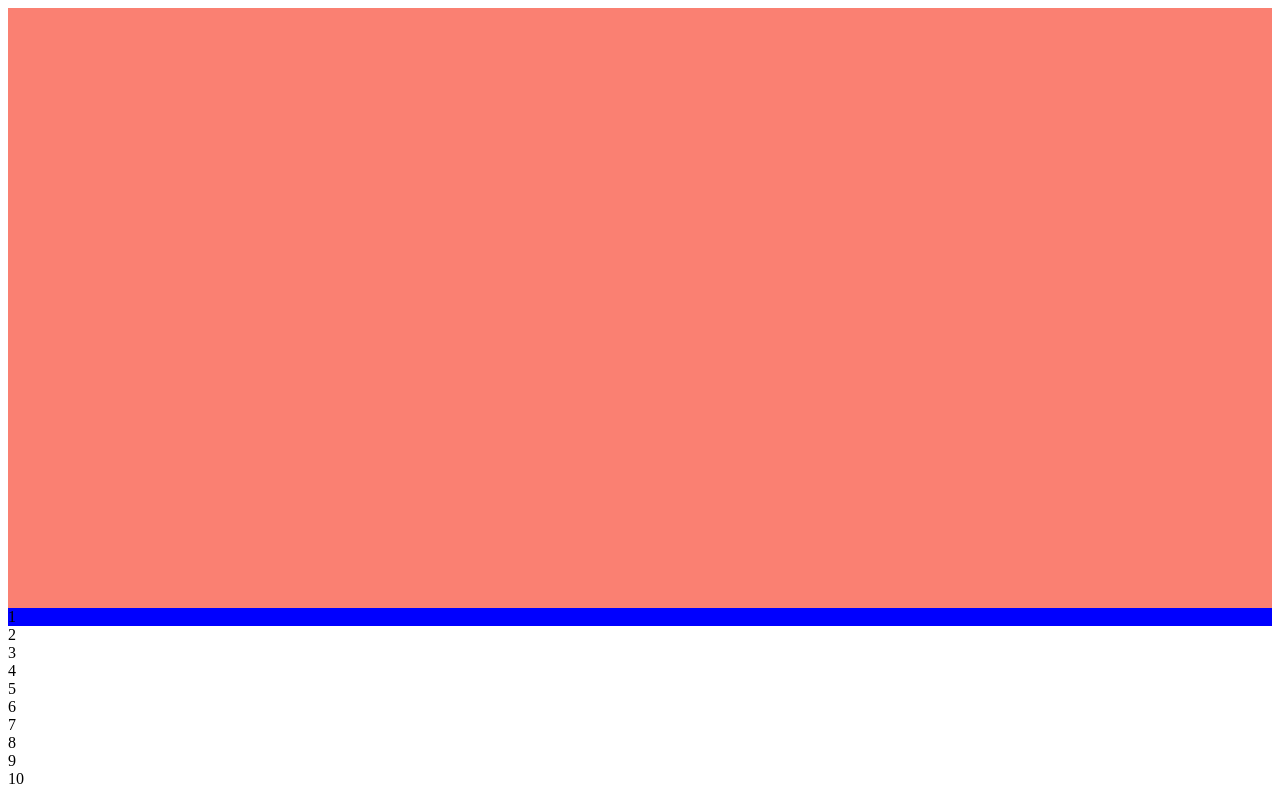
Repository: DinkarRavi/Dinkar_Coding
Page: 22aug24/grid.html
These files come from the project's save history. The page is drawn as it stood at one moment and after the next save; the edit follows.
The browser window is 1280 px wide. The pictures show the whole page.

Above is the page before, as saved 2024-08-22 14:56:52.

### 22aug24/grid.html
<!DOCTYPE html>
<html lang="en">
<head>
    <meta charset="UTF-8">
    <meta name="viewport" content="width=device-width, initial-scale=1.0">
    <title>Document</title>
    <link rel="stylesheet" href="grid.css">
</head>
<body>
    <div>
        <div id="parent"></div>
        <div>1</div>
        <div>2</div>
        <div>3</div>
        <div>4</div>
        <div>5</div>
        <div>6</div>
        <div>7</div>
        <div>8</div>
        <div>9</div>
        <div>10</div>

    </div>
</body>
</html>

### 22aug24/grid.css

div{
#parent{
border: 2px;
background-color: salmon;
height: 600px;
}

div:nth-child(1) {
  background: red;
}
div:nth-child(2) {
    background: blue;
  }
  iv:nth-child(3) {
    background: green;
  }
  iv:nth-child(4) {
    background: magenta;
  }
}

After the next save:
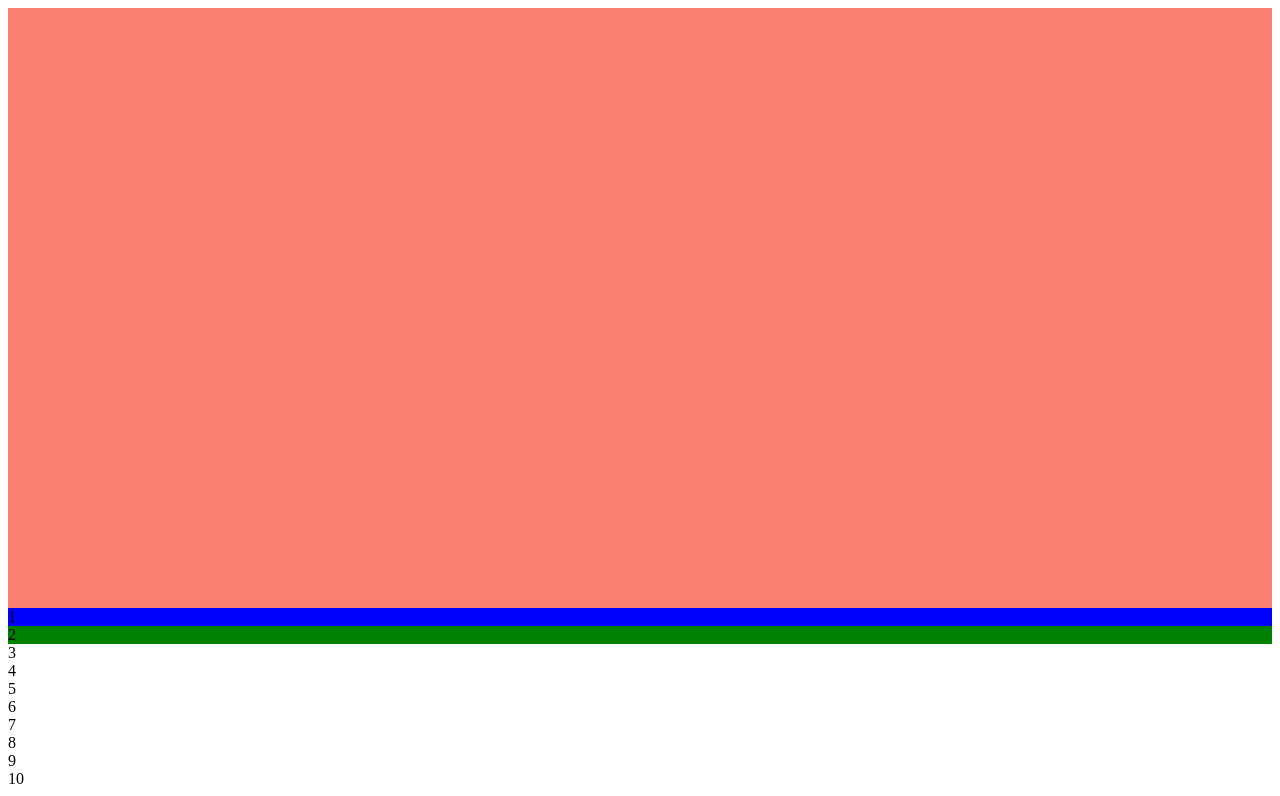
Saved 5 s later.
--- a/22aug24/grid.css
+++ b/22aug24/grid.css
@@ -12,7 +12,7 @@ div:nth-child(1) {
 div:nth-child(2) {
     background: blue;
   }
-  iv:nth-child(3) {
+  div:nth-child(3) {
     background: green;
   }
   iv:nth-child(4) {
